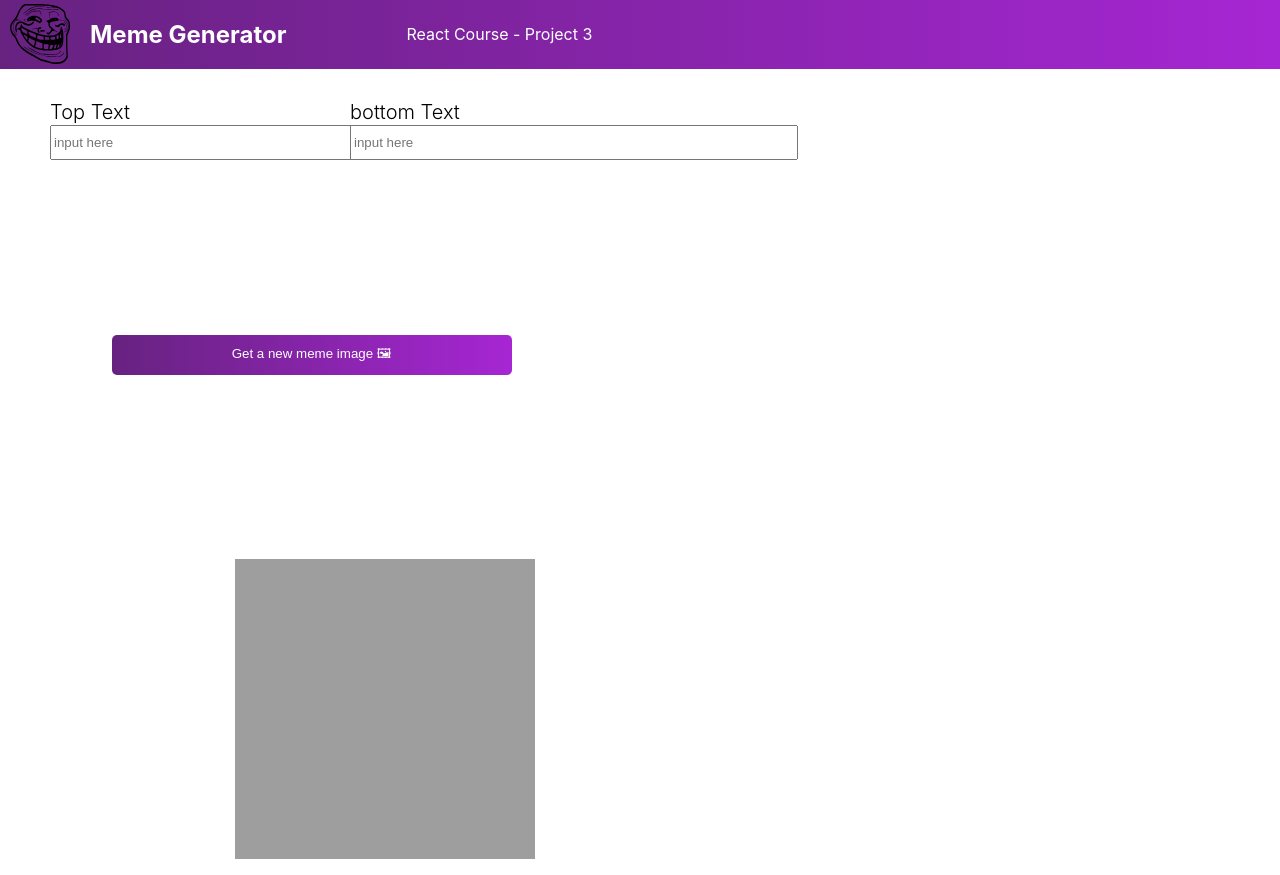
Repository: mortiestmorty1/meme-generator-react
Page: /
An editor plug-in stored every save of this project. The page is shown before and after the next save, followed by the edit.
The browser window is 1280 px wide. The pictures show the whole page.
Pictures or frames that could not be fetched are drawn as grey boxes. The page's requests for data from a server got no answer. The project was rebuilt for these pictures with package versions that can differ from the ones it lists, and the page was loaded fresh each time. No one was signed in, and anything a server would have sent is missing.

Above is the page before, as saved 2024-01-24 20:11:45.

### src/index.js
import React from 'react';
import ReactDOM from 'react-dom/client';
import './index.css';
import App from './App';
import reportWebVitals from './reportWebVitals';

const root = ReactDOM.createRoot(document.getElementById('root'));
root.render(
  <React.StrictMode>
    <App darkMode={false}/>
  </React.StrictMode>
);

// If you want to start measuring performance in your app, pass a function
// to log results (for example: reportWebVitals(console.log))
// or send to an analytics endpoint. Learn more: https://bit.ly/CRA-vitals
reportWebVitals();

### src/index.css
body {
  margin: 0;
  font-family: -apple-system, BlinkMacSystemFont, 'Segoe UI', 'Roboto', 'Oxygen',
    'Ubuntu', 'Cantarell', 'Fira Sans', 'Droid Sans', 'Helvetica Neue',
    sans-serif;
  -webkit-font-smoothing: antialiased;
  -moz-osx-font-smoothing: grayscale;
}

code {
  font-family: source-code-pro, Menlo, Monaco, Consolas, 'Courier New',
    monospace;
}
* {
  box-sizing: border-box;
  }

### src/App.js

import './App.css';
import React from "react";
import Navbar from "./components/Navbar";
import Inputs from "./components/inputs";


function App(props) {
  return (
    <div className="App">
      <Navbar />
      <Inputs />
    </div>
  );
}

export default App;

### src/App.css
.nav-container {
  display: flex;
  justify-content: space-between;
  align-items: center;
  background: linear-gradient(to right, #672280,#A626D3);
  }
  .image{
    width: 60px;
    height: 60px;
    margin-left: 10px;
  }
  .navbar{
    display: flex;
    justify-content: space-around;
    align-items: center;
    margin-right: 10px;
    color: white;
  }
  .navbar h1{
    margin-right: 20px;
    margin-left: 20px;
  }
  .info{
    margin-left: 100px;
  }
  .inputs-container{
    margin-left: 50px;
    margin-top: 20px;
    font-size: 20px;
    font-weight: 300;
  }
  .top{
    position: absolute;
    top: 100px;
  }
  .bottom{
    position: absolute;
    margin-left: 300px;
    top: 100px;
  }
  .topinput{
    position: absolute;
    top: 125px;
    height: 35px;
    width: 35%;
  }
  .bottominput{
    position: absolute;
    top: 125px;
    margin-left: 300px;
    height: 35px;
    width: 35%;
  }
  .generate{
    margin-left: 5%;
    margin-top: 20%;
    background: linear-gradient(to right, #672280,#A626D3);
    color: white;
    border: none;
    border-radius: 5px;
    width: 400px;
    height: 40px;
  }

  .memeimage{
    margin-left: 15%;
    margin-top: 15%;
    width: 300px;
    height: 300px;
  }
  .box{
    width: 100px;
    height: 100px;
    border: 1px solid black;
    display: inline-block;
    margin-right: 10px;
  }
  .top-text{
    position: absolute;
    top: 300px;
    left: 22%;
    width: 300px;
    height: 300px;
    font-size: 30px;
    font-weight: 700;
    color: white;
    text-align: center;
    -webkit-text-stroke: 1px black;
  }
  .bottom-text{
    position: absolute;
    top: 550px;
    left: 23%;
    width: 300px;
    height: 300px;
    font-size: 30px;
    font-weight: 700;
    color: white;
    -webkit-text-stroke: 1px black;
  }

### src/components/Navbar.js
import React from "react";
import Troll from "./Troll-Face.svg";
import "../App.css";
function Navbar(){
    return(
        <div className="nav-container">
            <nav className="navbar">
                <img src={Troll} className="image" alt="Troll Face" />
                <h1>Meme Generator</h1>
                <section className="info">
                    <p>React Course - Project 3</p>
                </section>
            </nav>
        </div>
    )
}

export default Navbar;

### src/components/inputs.js
import React from "react";
import "../App.css";
import { useState } from "react";
import { useEffect } from "react";
function Inputs(){
    const [Allmemeimage , setAllmemeimage] = useState([])
    useEffect(() => {
        const fetchData = async () => {
            try {
                const response = await fetch("https://api.imgflip.com/get_memes");
                const data = await response.json();
                setAllmemeimage(data.data.memes);
            } catch (error) {
                console.error("Error fetching data:", error);
            }
        };

        fetchData();
    }, [])
    const [newmeme , setNewmeme] = useState({
        topText:"",
        bottomText:"",
        memeimage:"https://png.pngtree.com/png-vector/20231222/ourlarge/pngtree-do-not-press-this-button-sign-vector-png-image_11376553.png"
    })
    function handleClick () {
        const random = Math.floor(Math.random() * Allmemeimage.length)
        const url = Allmemeimage[random].url
        setNewmeme(prevmeme =>({
            ...prevmeme,
            memeimage:url
        }))
    }
    function handleChange(event) {
        const {name , value} = event.target
        setNewmeme(prevmeme => ({
            ...prevmeme,
            [name]: value
        }))
    }
    return(
        <div className="inputs-container">
            <div className="inputs">
                <label className="top">Top Text</label>
                <input
                className="topinput"
                type="text"
                placeholder="input here"
                onChange={handleChange}
                 name="topText"
                 value={newmeme.topText} />
                <label className="bottom">bottom Text</label>
                <input
                className="bottominput"
                type="text"
                placeholder="input here"
                onChange={handleChange}
                name="bottomText"
                value={newmeme.bottomText}  />
                <button className="generate" onClick={handleClick}>Get a new meme image  🖼</button>
            </div>
        <div className="meme-container">
            < img src={newmeme.memeimage} className="memeimage" alt="meme" />
            <h2 className="top-text">{newmeme.topText}</h2>
            <h2 className="bottom-text">{newmeme.bottomText}</h2>
        </div>
        </div>
    )
}

export default Inputs;

Loaded but not shown: public/index.html (common file); src/reportWebVitals.js (common file)

After the next save:
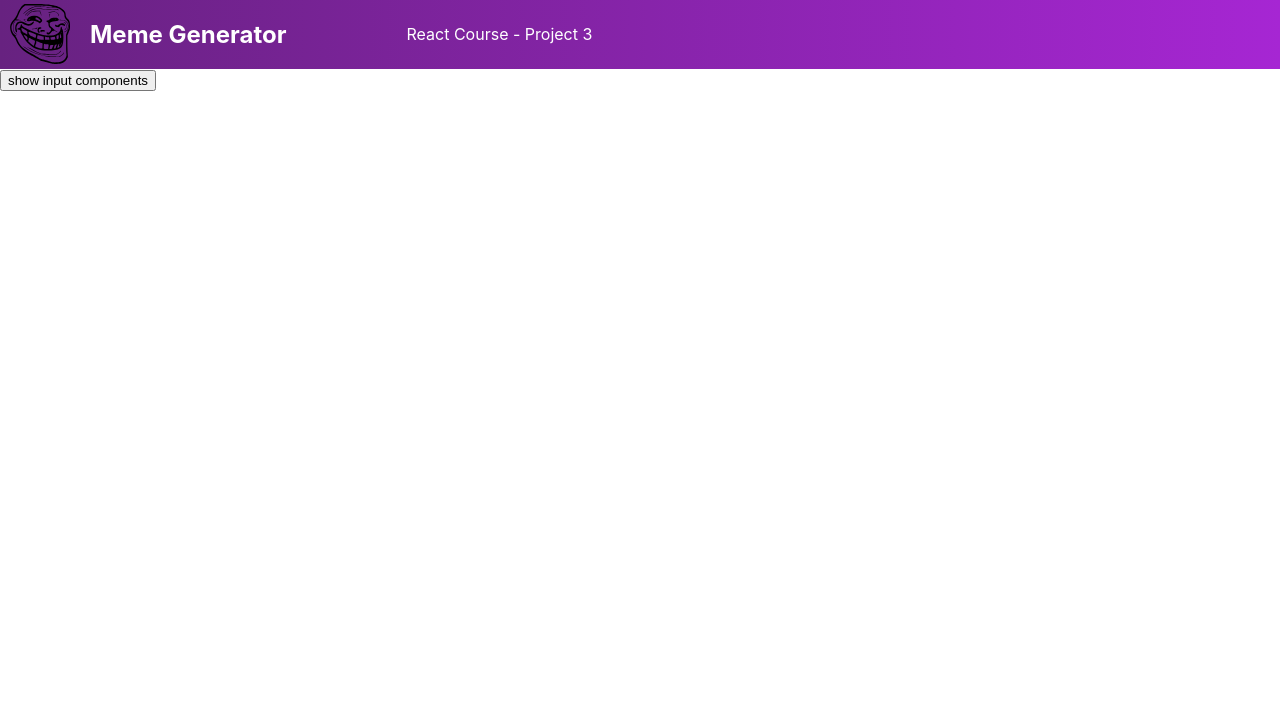
Saved 25 h 14 min later.
--- a/src/App.js
+++ b/src/App.js
@@ -6,10 +6,15 @@ import Inputs from "./components/inputs";
 
 
 function App(props) {
+  const [show , setShow] = React.useState(false)
+  function handleClick() {
+    setShow(prevshow => !prevshow)
+  }
   return (
     <div className="App">
       <Navbar />
-      <Inputs />
+
+     <button onClick={handleClick}>show input components</button>
     </div>
   );
 }
